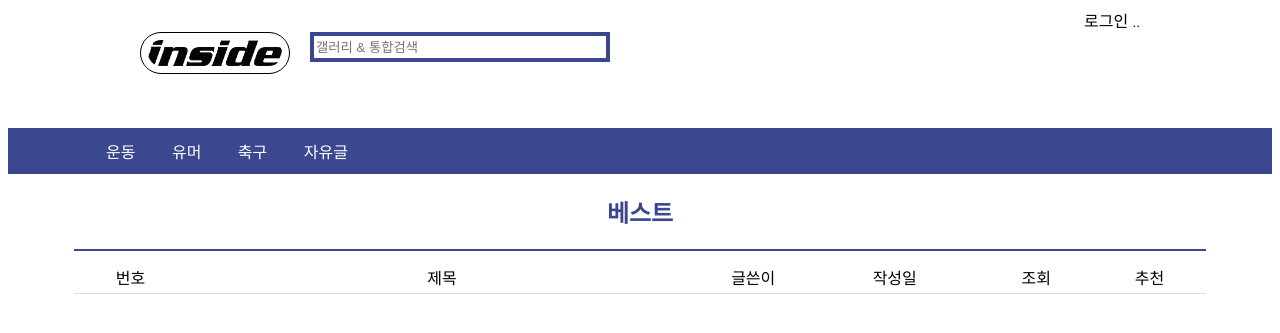
Repository: inhoo123/backup
Page: http://localhost/community-inside/index
An editor plug-in stored every save of this project. The page is shown before and after the next save, followed by the edit.
The browser window is 1280 px wide. The pictures show the whole page.
Some web fonts or font styles are not loaded; a fallback is used. The page is served by Tomcat 10.

Above is the page before, as saved 2024-06-27 02:10:46.

After the next save:
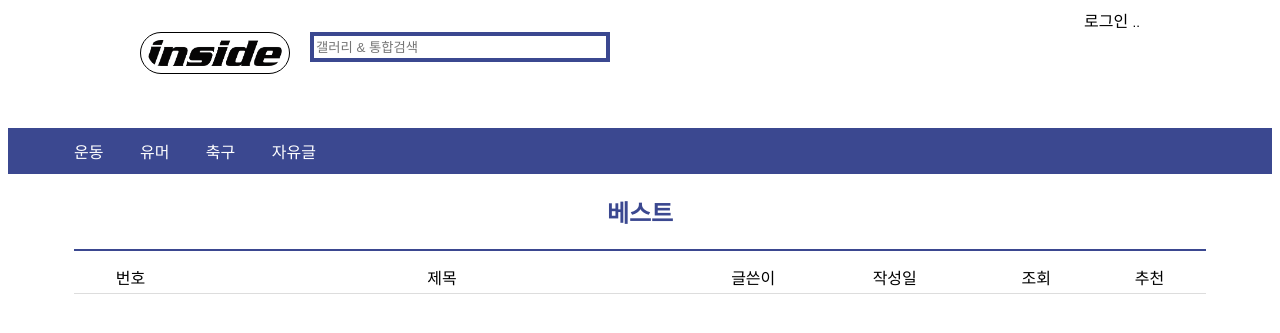
Saved 10 s later.
--- a/web-workspace/community-inside/src/main/webapp/WEB-INF/view/common/header.jsp
+++ b/web-workspace/community-inside/src/main/webapp/WEB-INF/view/common/header.jsp
@@ -45,7 +45,7 @@
 <div class="container px-1">
 <div style="text-align: left;">
 	<a href="${pageContext.servletContext.contextPath }/list"
-		><span style="color:white;  font-weight: 550;">&emsp;&emsp;운동</span></a>
+		><span style="color:white;  font-weight: 550;">운동</span></a>
 
 
 		<a href="${pageContext.servletContext.contextPath }/list"
